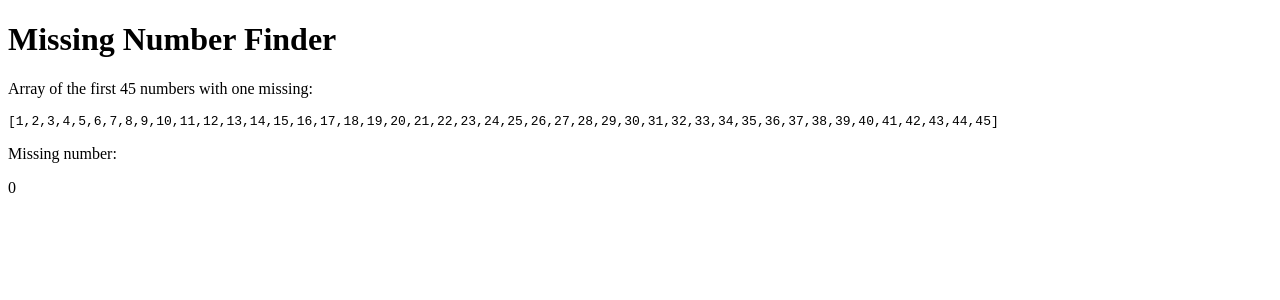
Repository: devblackie/missingNumberFinder
Page: index.html
An editor plug-in stored every save of this project. The page is shown before and after the next save, followed by the edit.
The browser window is 1280 px wide. The pictures show the whole page.

Above is the page before, as saved 2023-08-23 14:54:39.

After the next save:
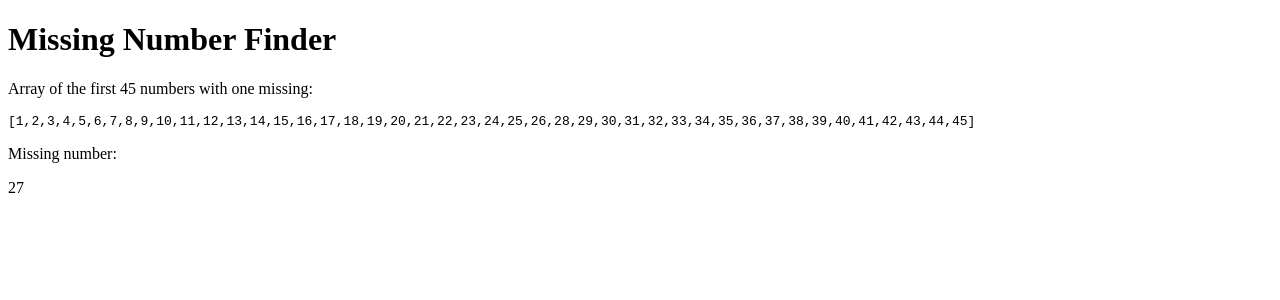
Saved 16 s later.
--- a/index.js
+++ b/index.js
@@ -1,17 +1,17 @@
 function findMissingNumber(arr) {
-  const n = 45; // Total number of integers
-  const totalSum = (n * (n + 1)) / 2; // Sum of the first n integers
-  const arraySum = arr.reduce((acc, num) => acc + num, 0); // Sum of elements in the array
+    const n = 45; // Total number of integers
+    const totalSum = (n * (n + 1)) / 2; // Sum of the first n integers
+    const arraySum = arr.reduce((acc, num) => acc + num, 0); // Sum of elements in the array
 
-  return totalSum - arraySum;
-}
+    return totalSum - arraySum;
+  }
 
-const numbers = [
-  1, 2, 3, 4, 5, 6, 7,8, 9, 10, 11, 12, 13, 14, 15, 16, 17, 18, 19, 20, 21, 22,
-  23, 24, 25, 26, 27, 28, 29, 30, 31, 32, 33, 34, 35, 36, 37, 38, 39, 40, 41,
-  42, 43, 44, 45,
-]; // Array of the first 45 numbers with one missing
-const missingNumber = findMissingNumber(numbers);
+  const numbers = [
+    1, 2, 3, 4, 5, 6, 7, 8, 9, 10, 11, 12, 13, 14, 15, 16, 17, 18, 19, 20, 21, 22,
+    23, 24, 25, 26, 28, 29, 30, 31, 32, 33, 34, 35, 36, 37, 38, 39, 40, 41,
+    42, 43, 44, 45,
+  ]; // Array of the first 45 numbers with one missing
+  const missingNumber = findMissingNumber(numbers);
 
-document.getElementById("numbers").textContent = JSON.stringify(numbers);
-document.getElementById("missingNumber").textContent = missingNumber;
+  document.getElementById("numbers").textContent = JSON.stringify(numbers);
+  document.getElementById("missingNumber").textContent = missingNumber;
